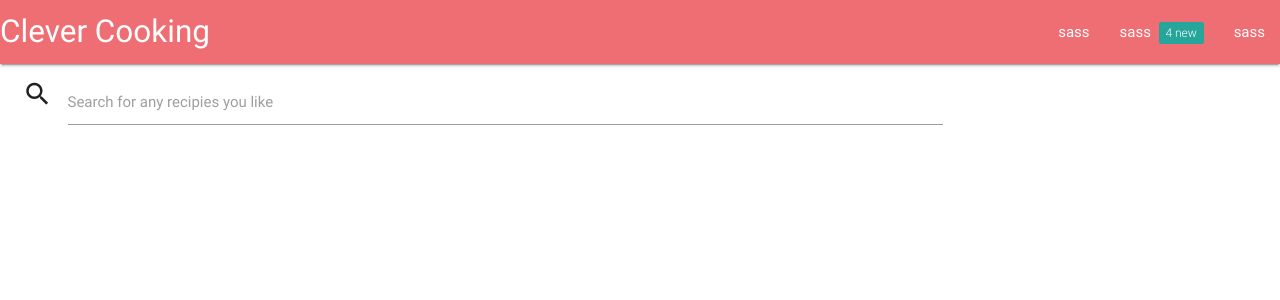
Repository: Code-Institute-Submissions/online-recipe-cookbook
Page: http://localhost/
The author's editor kept a record of every edit. The page is drawn from the files as they stood at one moment, then again after the next edit.
The browser window is 1280 px wide. The pictures show the whole page.
Some web libraries are served in a nearby version. The page is served by the project's application, run on Flask 3 (app.py). Queries for data that is not in the repository find no rows.

Above is the page before.

### templates/home.html
{% extends 'base.html' %}
{% block content %}
<!DOCTYPE html>
<html>
    <head>

    </head>
    <body>
        <div class="row">

            <div class="col s12">
              <div class="row">
                <div class="input-field col s9">
                  <i class="material-icons prefix">search</i>
                  <input method="POST" action="{{url_for('get_recipe_names')}}" type="text" id="autocomplete-input" class="autocomplete">
                  <label for="autocomplete-input">Search for any recipies you like</label>
                </div>
              </div>
            </div>
         </div>
        <div class="row">
         {% for recipe in recipes %}

             <div class="card col s12 m6 l4">
                <div class="card-image waves-effect waves-block waves-light">
                  <img class="activator" src={{ recipe.image_link}}>
                </div>
                <div class="card-content">
                  <span class="card-title activator grey-text text-darken-4">{{ recipe.recipe_name }}<i class="material-icons right">more_vert</i></span>
                  <p><a href="#">This is a link</a></p>
                </div>
                <div class="card-reveal">
                  <span class="card-title grey-text text-darken-4">{{ recipe.recipe_name }}<i class="material-icons right">close</i></span>
                  <p>{{recipe.ingredients}}</p>
                </div>
         </div>

         {% endfor %}

                 </div>
    </body>
</html>
{% endblock %}

### templates/base.html
<!DOCTYPE html>
<html>

<head>
    <link href="https://fonts.googleapis.com/icon?family=Material+Icons" rel="stylesheet">
    <link rel="stylesheet" href="https://cdnjs.cloudflare.com/ajax/libs/materialize/0.100.2/css/materialize.min.css">
    <link rel="stylesheet" href="{{url_for('static', filename='css/style.css')}}" type="text/css"/>
</head>

<body>
    <header><nav>
  <div class="nav-wrapper">
    <a href="" class="brand-logo">Clever Cooking</a>
    <ul id="nav-mobile" class="right hide-on-med-and-down">
      <li><a href="">sass</a></li>
      <li><a href="">sass <span class="new badge">4</span></a></li>
      <li><a href="">sass</a></li>
    </ul>
  </div>
</nav></header>
    {% block content %}

    {% endblock %}

    <script src="https://cdnjs.cloudflare.com/ajax/libs/jquery/3.2.1/jquery.min.js"></script>
    <script src="https://cdnjs.cloudflare.com/ajax/libs/materialize/0.100.2/js/materialize.min.js"></script>
    <script type="text/javascript">
    function sendItem(val) {
        console.log(val);
    }
    $(function () {
            $('input.autocomplete').autocomplete({
                data: {
                    "Apple": null,
                    "Microsoft": null,
                    "Google": 'http://placehold.it/250x250'
                },
                onAutocomplete: function(txt) {
                  sendItem(txt);
                },
                limit: 20, // The max amount of results that can be shown at once. Default: Infinity.
            });

    });
    </script>

</body>

</html>

### app.py
import os
from flask import Flask, render_template, redirect, request, url_for
from flask_pymongo import PyMongo
from bson.objectid import ObjectId

app = Flask(__name__)
app.config["MONGO_DBNAME"] = 'cookbookDb'
app.config["MONGO_URI"] = os.getenv('MONGO_URI', 'mongodb://localhost')

mongo = PyMongo(app)

@app.route('/')
@app.route('/get_top_recipes')
def get_top_recipes():
    return render_template("home.html", recipes=mongo.db.recipes.find())

@app.route('/edit_recipe/<recipe_id>', methods=['POST'])
def edit_recipe(recipe_id):
    recipes = mongo.db.recipes
    recipes.update({'_id': ObjectId(recipe_id)},
    {
        'recipe_name':request.form.get('recipe_name'),
        'prep_time':request.form.get('prep_time'),
        'cook_time':request.form.get('cook_time'),
        'ingredients':request.form.get('ingredients'),
        'cuisine':request.form.get('cuisine'),
        'method_steps':request.form.get('method_steps'),
        'tools_used':request.form.get('tools_used'),
        'image_link':request.form.get('image_link')
    }
        )

@app.route('/insert_recipe', methods=['POST'])
def insert_recipe():
    recipes = mongo.db.recipes
    recipes.insert_one(request.form.to_dict())
    return redirect(url_for('get_top_recipes'))

@app.route('/add_recipe')
def add_recipe():
    return render_template("add_recipe.html")

@app.route('/get_recipe_names')
def get_recipe_names():
    return render_template("index.html", names=mongo.db.recipe_names.find())

if __name__ == '__main__':
    app.run(host=os.environ.get('IP'),
            port=int(os.environ.get('PORT')),
            debug=True)

Loaded but not shown: static/css/style.css (no copy from this time; the picture is the same without it)

After the next edit:
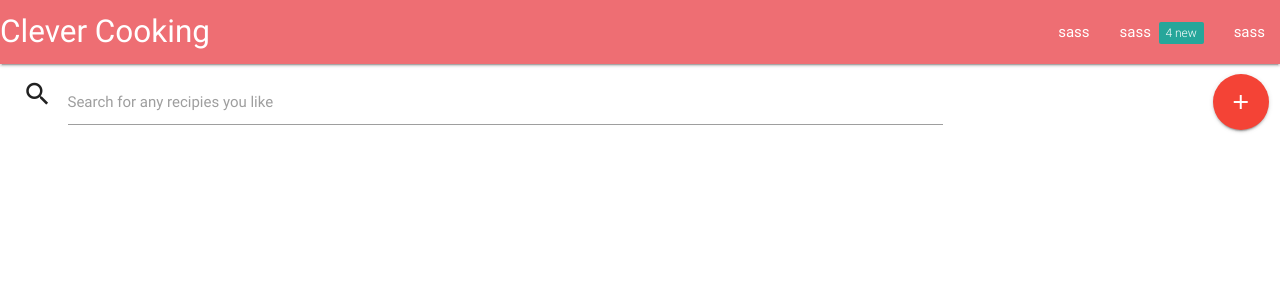
The edit:
--- a/templates/home.html
+++ b/templates/home.html
@@ -15,6 +15,7 @@
                   <input method="POST" action="{{url_for('get_recipe_names')}}" type="text" id="autocomplete-input" class="autocomplete">
                   <label for="autocomplete-input">Search for any recipies you like</label>
                 </div>
+                <a class="btn-floating right-align btn-large waves-effect waves-light red" style="float: right; margin-top: 10px"><i class="material-icons">add</i></a>
               </div>
             </div>
          </div>
